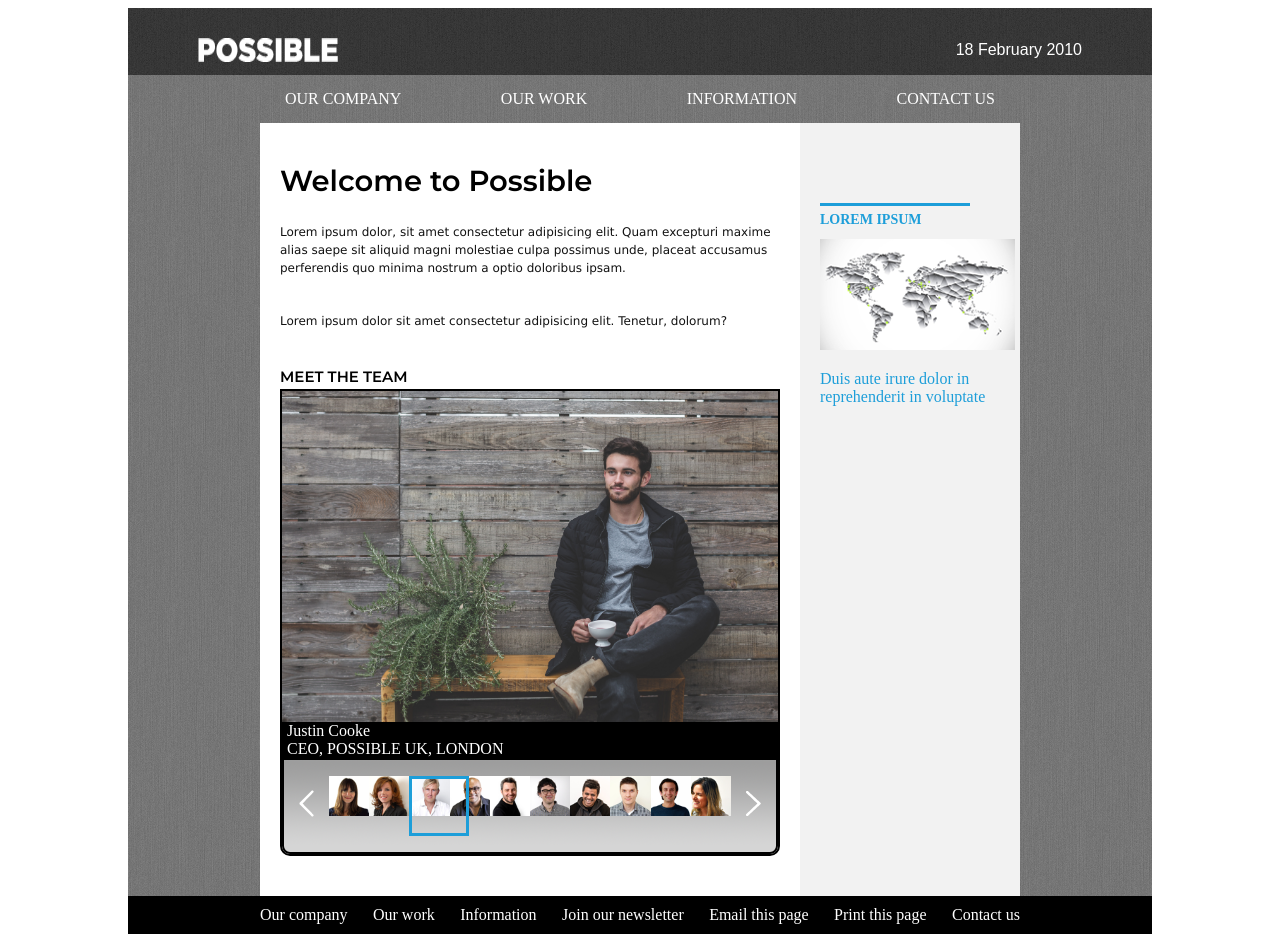
Repository: grzegorzgebala/possible-site
Page: index.html
The author's editor kept a copy of each file at every save. The page is drawn from the files as they stood at one save, then again after the next save.
The browser window is 1280 px wide. The pictures show the whole page.
The style sheet was rebuilt from its Sass, Less or Tailwind sources for each picture, by a compiler version that may differ from the author's.

Above is the page before, as saved 2020-02-16 16:58:47.
Console error: TypeError: Cannot read properties of null (reading 'children')

After the next save:
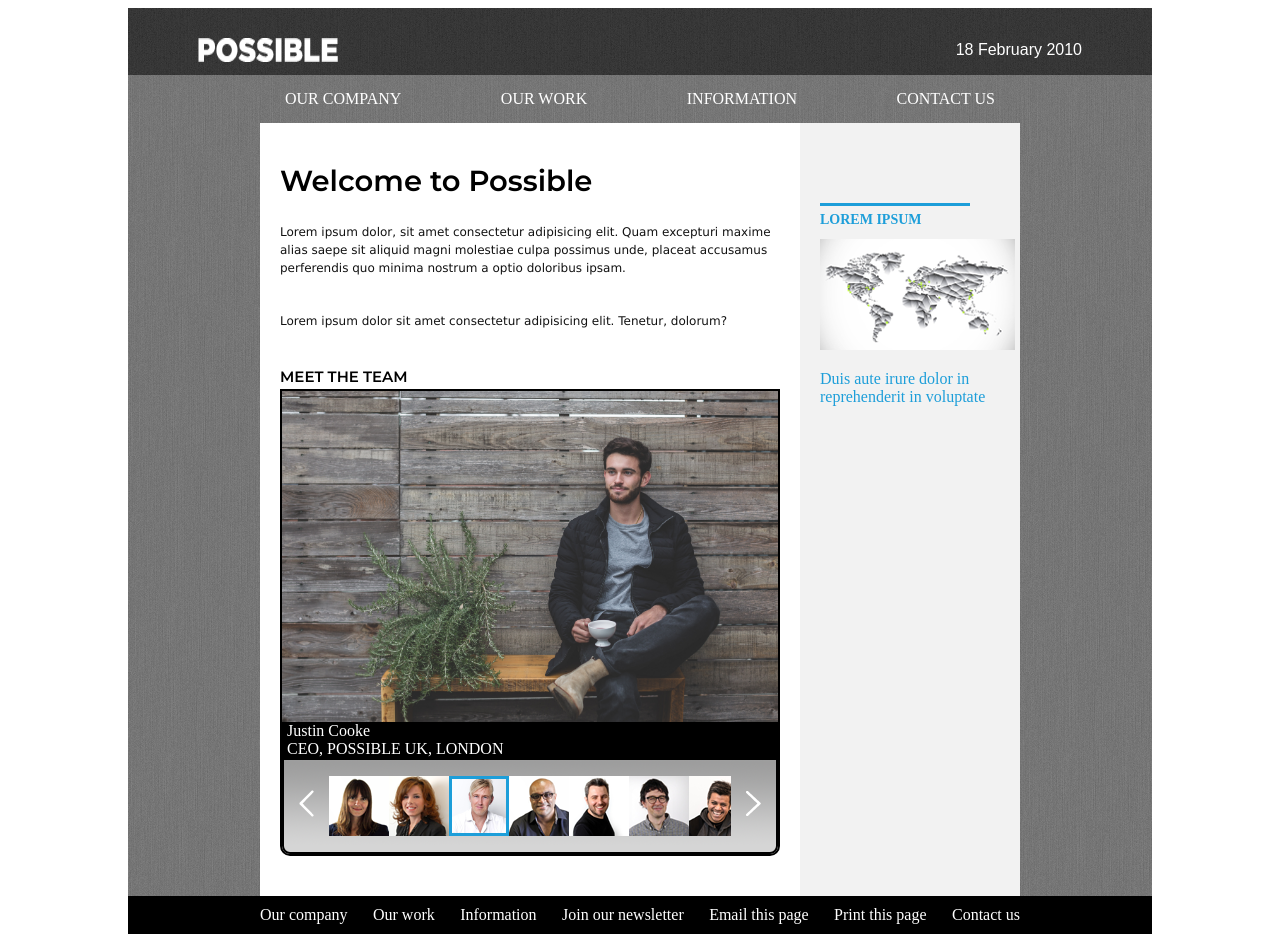
Saved 5 s later.
--- a/sass/style.scss
+++ b/sass/style.scss
@@ -134,7 +134,7 @@ header {
                         height: 60px;
                         width: 60px;
                         img {
-                            width: 100%;
+                            // width: 100%;
                             object-fit: cover;
                         }
                     }
